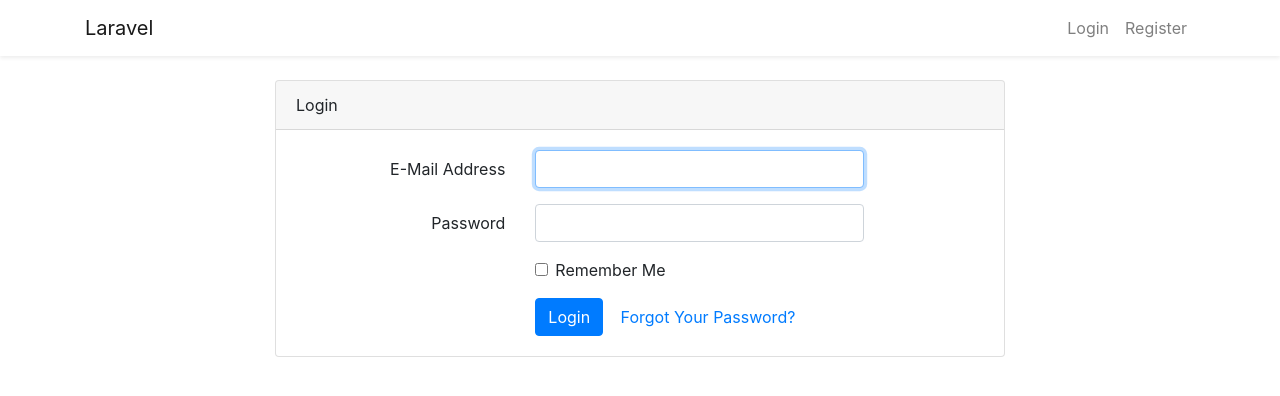
Repository: mohamedelbadawi/Simple-galley-using-laravel
Page: http://localhost/admin/login
An editor plug-in stored every save of this project. The page is shown before and after the next save, followed by the edit.
The browser window is 1280 px wide. The pictures show the whole page.
The page is served by the project's Laravel application, run on PHP 8.4 with Laravel 8. Other server files are loaded and not shown.

Above is the page before, as saved 2021-09-01 11:52:41.

### Gallery/routes/web.php
<?php

use App\Http\Controllers\AlbumsController;
use App\Http\Controllers\ContactController;
use App\Http\Controllers\FrontController;
use App\Http\Controllers\PhotosController;
use Illuminate\Support\Facades\Auth;
use Illuminate\Support\Facades\Route;

/*
|--------------------------------------------------------------------------
| Web Routes
|--------------------------------------------------------------------------
|
| Here is where you can register web routes for your application. These
| routes are loaded by the RouteServiceProvider within a group which
| contains the "web" middleware group. Now create something great!
|
 */

Route::get('/', [FrontController::class, 'albumsIndex']);
Route::get('/home', [FrontController::class, 'albumsIndex'])->name('home');

Route::get('/gallery', [FrontController::class, 'galleryIndex'])->name('gallery');
Route::post('/contact', [ContactController::class, 'storeContact'])->name('contact.store');

Route::get('/about', function () {
    return view('gallery/about');
})->name('about');

Route::get('/contact', function () {
    return view('gallery/contact');
})->name('contact');
// Route::get('/blog', function () {
//     return view('gallery/blog');
// })->name('blog');

Route::prefix('admin')->group(function () {
    Auth::routes();
    Route::get('/dashboard', function () {
        return view('admin/dashboard');
    })->name('dashboard');
    Route::get('/albums/create', [AlbumsController::class, 'create'])->name('album.create');
    Route::get('/albums', [AlbumsController::class, 'index'])->name('album.index');
    Route::post('/albums/store', [AlbumsController::class, 'store'])->name('album.store');
    Route::get('album/{id}', [AlbumsController::class, 'showImages'])->name('album.show');
    Route::post('photos/upload/{id}', [PhotosController::class, 'upload'])->name('photos.upload');
});
Route::get('/admin', function () {
    return view('admin.Dashboard');
})->middleware('auth');

### Gallery/resources/views/layouts/app.blade.php
<!doctype html>
<html lang="{{ str_replace('_', '-', app()->getLocale()) }}">

<head>
    <meta charset="utf-8">
    <meta name="viewport" content="width=device-width, initial-scale=1">

    <!-- CSRF Token -->
    <meta name="csrf-token" content="{{ csrf_token() }}">

    <title>Admin Panel</title>

    <!-- Scripts -->
    <script src="{{ asset('js/app.js') }}" defer></script>

    <!-- Fonts -->
    <link rel="dns-prefetch" href="//fonts.gstatic.com">
    <link href="https://fonts.googleapis.com/css?family=Nunito" rel="stylesheet">

    <!-- Styles -->
    <link href="{{ asset('css/app.css') }}" rel="stylesheet">
    <link rel="stylesheet" href="{{ asset('css/bootstrap.min.css') }}" />
    <link rel="stylesheet" href="{{ asset('css/font-awesome.min.css') }}" />
    <link rel="stylesheet" href="{{ asset('css/slicknav.min.css') }}" />
    <link rel="stylesheet" href="{{ asset('css/fresco.css') }}" />
    <link rel="stylesheet" href="{{ asset('css/slick.css') }}" />

</head>

<body>
    <div id="app">
        <nav class="navbar navbar-expand-md navbar-light bg-white shadow-sm">
            <div class="container">
                <a class="navbar-brand" href="{{ url('/') }}">
                    {{ config('app.name', 'Admin') }}
                </a>
                <button class="navbar-toggler" type="button" data-toggle="collapse" data-target="#navbarSupportedContent"
                    aria-controls="navbarSupportedContent" aria-expanded="false"
                    aria-label="{{ __('Toggle navigation') }}">
                    <span class="navbar-toggler-icon"></span>
                </button>

                <div class="collapse navbar-collapse" id="navbarSupportedContent">
                    <!-- Left Side Of Navbar -->
                    <ul class="navbar-nav mr-auto">

                    </ul>

                    <!-- Right Side Of Navbar -->
                    <ul class="navbar-nav ml-auto">
                        <!-- Authentication Links -->
                        @guest
                            @if (Route::has('login'))
                                <li class="nav-item">
                                    <a class="nav-link" href="{{ route('login') }}">{{ __('Login') }}</a>
                                </li>
                            @endif

                            @if (Route::has('register'))
                                <li class="nav-item">
                                    <a class="nav-link" href="{{ route('register') }}">{{ __('Register') }}</a>
                                </li>
                            @endif
                        @else
                            <li class="nav-item dropdown">
                                <a id="navbarDropdown" class="nav-link dropdown-toggle" href="#" role="button"
                                    data-toggle="dropdown" aria-haspopup="true" aria-expanded="false" v-pre>
                                    {{ Auth::user()->name }}
                                </a>

                                <div class="dropdown-menu dropdown-menu-right" aria-labelledby="navbarDropdown">
                                    <a class="dropdown-item" href="{{ route('album.create') }}">
                                        Create Album
                                    </a>
                                    <a class="dropdown-item" href="{{ route('logout') }}" onclick="event.preventDefault();
                                                            document.getElementById('logout-form').submit();">
                                        {{ __('Logout') }}
                                    </a>

                                    <form id="logout-form" action="{{ route('logout') }}" method="POST"
                                        class="d-none">
                                        @csrf
                                    </form>
                                </div>
                            </li>
                        @endguest
                    </ul>
                </div>
            </div>
        </nav>

        <main class="py-4">
            @yield('content')
        </main>
    </div>
</body>

</html>

Loaded but not shown: Gallery/app/Http/Controllers/Auth/ConfirmPasswordController.php (common file); Gallery/app/Http/Controllers/Controller.php (common file); Gallery/app/Http/Controllers/Auth/LoginController.php (common file); Gallery/resources/views/auth/login.blade.php (common file); Gallery/public/css/app.css (library); Gallery/public/css/bootstrap.min.css (library); Gallery/public/css/font-awesome.min.css (library); Gallery/public/css/slicknav.min.css (common file); Gallery/public/css/slick.css (common file); Gallery/public/css/fresco.css (1616 lines, source omitted)

After the next save:
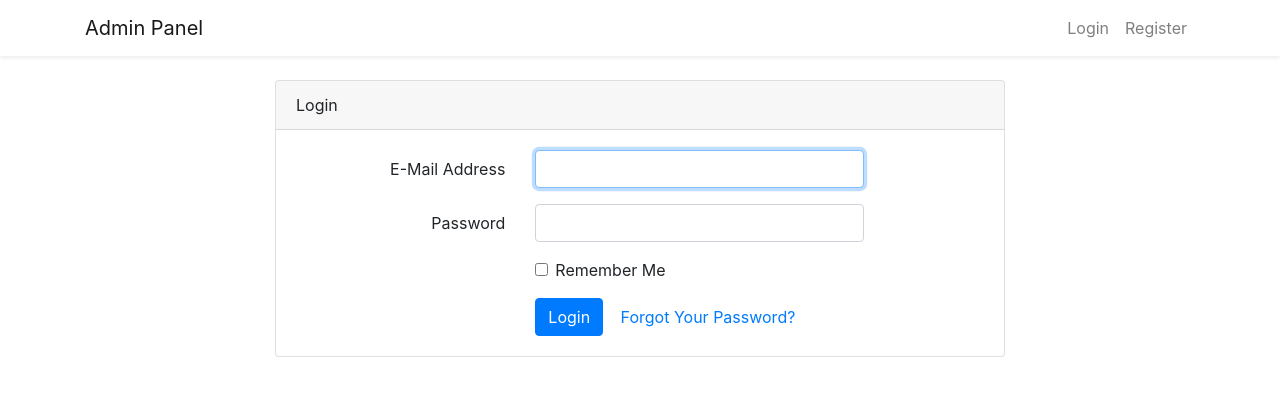
Saved 16 s later.
--- a/Gallery/resources/views/layouts/app.blade.php
+++ b/Gallery/resources/views/layouts/app.blade.php
@@ -32,7 +32,7 @@
         <nav class="navbar navbar-expand-md navbar-light bg-white shadow-sm">
             <div class="container">
                 <a class="navbar-brand" href="{{ url('/') }}">
-                    {{ config('app.name', 'Admin') }}
+                    Admin Panel
                 </a>
                 <button class="navbar-toggler" type="button" data-toggle="collapse" data-target="#navbarSupportedContent"
                     aria-controls="navbarSupportedContent" aria-expanded="false"
